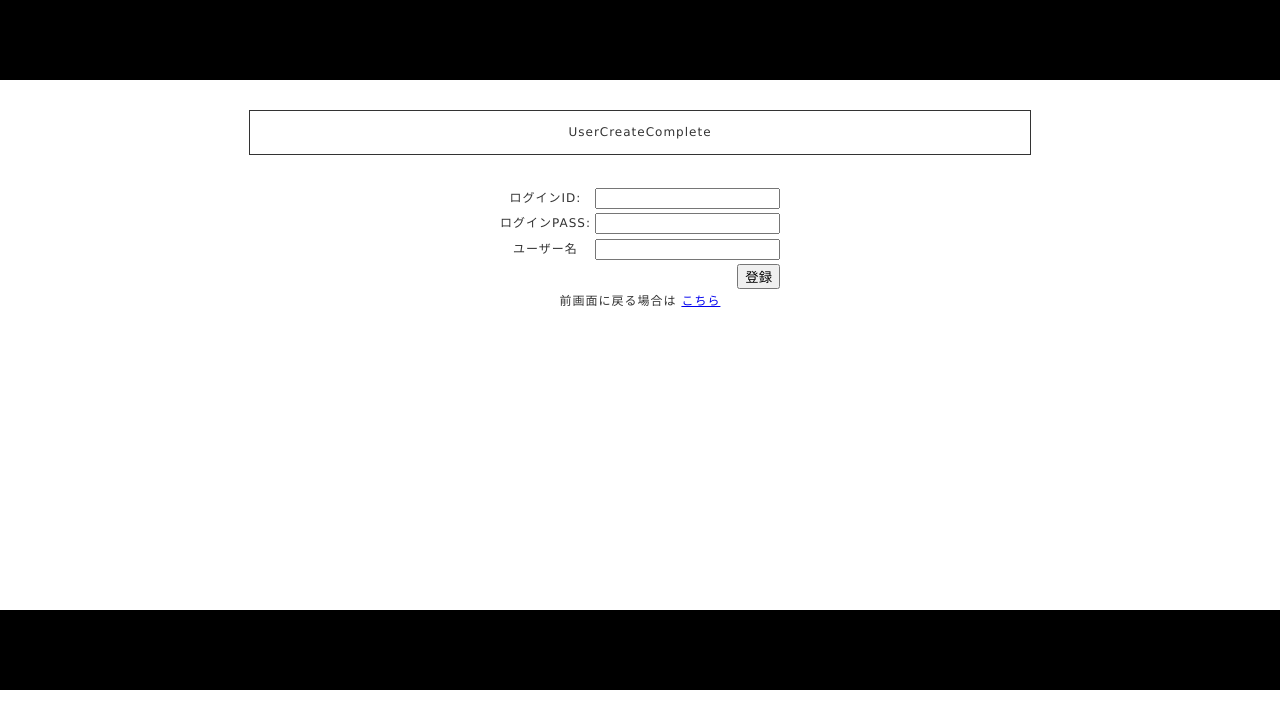
Repository: RYOYAEGAWA/test
Page: http://localhost/template/userCreateComplete.jsp
These files come from the project's save history. The page is drawn as it stood at one moment and after the next save; the edit follows.
The browser window is 1280 px wide. The pictures show the whole page.
The page is served by Tomcat 9. Other server files are loaded and not shown.

Above is the page before, as saved 2018-05-08 05:16:47.

### java/Eclipse_Data/template/WebContent/userCreateComplete.jsp
<%@ page language="java" contentType="text/html; charset=UTF-8" pageEncoding="UTF-8"%>
<%@ taglib prefix="s" uri="/struts-tags"%>

<!DOCTYPE html>
<html>
<head>
		<meta http-equiv="Content-Type" content="text/html; charset=utf-8"/>
		<meta http-equiv="Content-Style-Type" content="text/css" />
		<meta http-equiv="Content-Script-Type" content="text/javascript" />
		<meta http-equiv="imagetoolbar" content="no" />
		<meta name="description" content="" />
		<meta name="keywords" content="" />
		<title>UserCreate画面</title>

	<style type="text/css">

	body {
		margin:0;
		padding:0;
		line-height:1.6;
		letter-spacing:1px;
		font-family:Verdana, Helvetica, sans-serif;
		font-size:12px;
		color:#333;
		background:#fff;
		}

		table {
		text-align:center;
		margin:0 auto;
		}

		#top {
		width:780px;
		margin:30px auto;
		border:1px solid #333;
		}

		#header {
		width: 100%;
		height: 80px;
		background-color: black;
		}

		#main {
		width: 100%;
		height: 500px;
		text-align: center;
		}

		#footer {
		width: 100%;
		height: 80px;
		background-color: black;
		clear: both;
		}

	</style>
</head>
<body>


		<div id="header">
				<div id="pr">
				</div>
		</div>
		<div id="main">
				<div id="top">
				<p>UserCreateComplete</p>
				</div>
		<div>
				<s:if test="errorMessage!=">
					<s:property value="errorMessage" escape="false" />
				</s:if>
				<table>
				<s:form action="UserCreateConfirmAction">
				<tr>
						<td>
								<label>ログインID:</label>
						</td>
						<td>
								<input type="text" name="loginUserId" value=""/>
						</td>
				</tr>
				<tr>
						<td>
								<label>ログインPASS:</label>
						</td>
						<td>
								<input type="text" name="loginPassword" value=""/>
						</td>
				</tr>
				<tr>
						<td>
								<label>ユーザー名</label>
						</td>
						<td>
								<input type="text" name="userName" value="" />
						</td>
				</tr>
				<s:submit value="登録"/>
			</s:form>


			</table>
			<div>
					<span>前画面に戻る場合は</span>
					<a href='<s:url action="HomeAction" />'>こちら</a>
			</div>
		</div>
	</div>
	<div id = "footer">
			<div id="pr">
			</div>
    </div>
 </body>
</html>

After the next save:
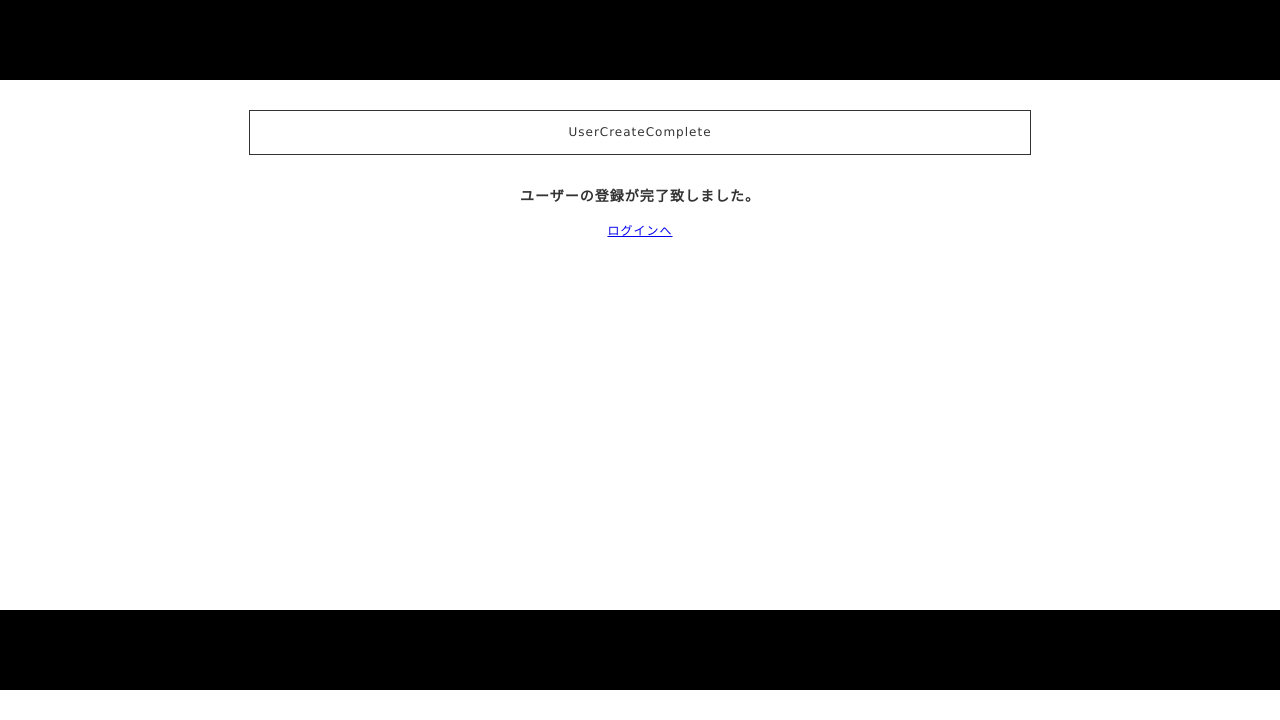
Saved 3 min 35 s later.
--- a/java/Eclipse_Data/template/WebContent/userCreateComplete.jsp
+++ b/java/Eclipse_Data/template/WebContent/userCreateComplete.jsp
@@ -69,49 +69,15 @@
 				<p>UserCreateComplete</p>
 				</div>
 		<div>
-				<s:if test="errorMessage!=">
-					<s:property value="errorMessage" escape="false" />
-				</s:if>
-				<table>
-				<s:form action="UserCreateConfirmAction">
-				<tr>
-						<td>
-								<label>ログインID:</label>
-						</td>
-						<td>
-								<input type="text" name="loginUserId" value=""/>
-						</td>
-				</tr>
-				<tr>
-						<td>
-								<label>ログインPASS:</label>
-						</td>
-						<td>
-								<input type="text" name="loginPassword" value=""/>
-						</td>
-				</tr>
-				<tr>
-						<td>
-								<label>ユーザー名</label>
-						</td>
-						<td>
-								<input type="text" name="userName" value="" />
-						</td>
-				</tr>
-				<s:submit value="登録"/>
-			</s:form>
-
-
-			</table>
-			<div>
-					<span>前画面に戻る場合は</span>
-					<a href='<s:url action="HomeAction" />'>こちら</a>
-			</div>
+				<h3>ユーザーの登録が完了致しました。</h3>
+				<div>
+						<a href='<s:url action="HomeAction" />'>ログインへ</a>
+				</div>
 		</div>
 	</div>
-	<div id = "footer">
-			<div id="pr">
-			</div>
-    </div>
+	<div id="footer">
+		<div id="pr">
+		</div>
+	</div>
  </body>
 </html>
